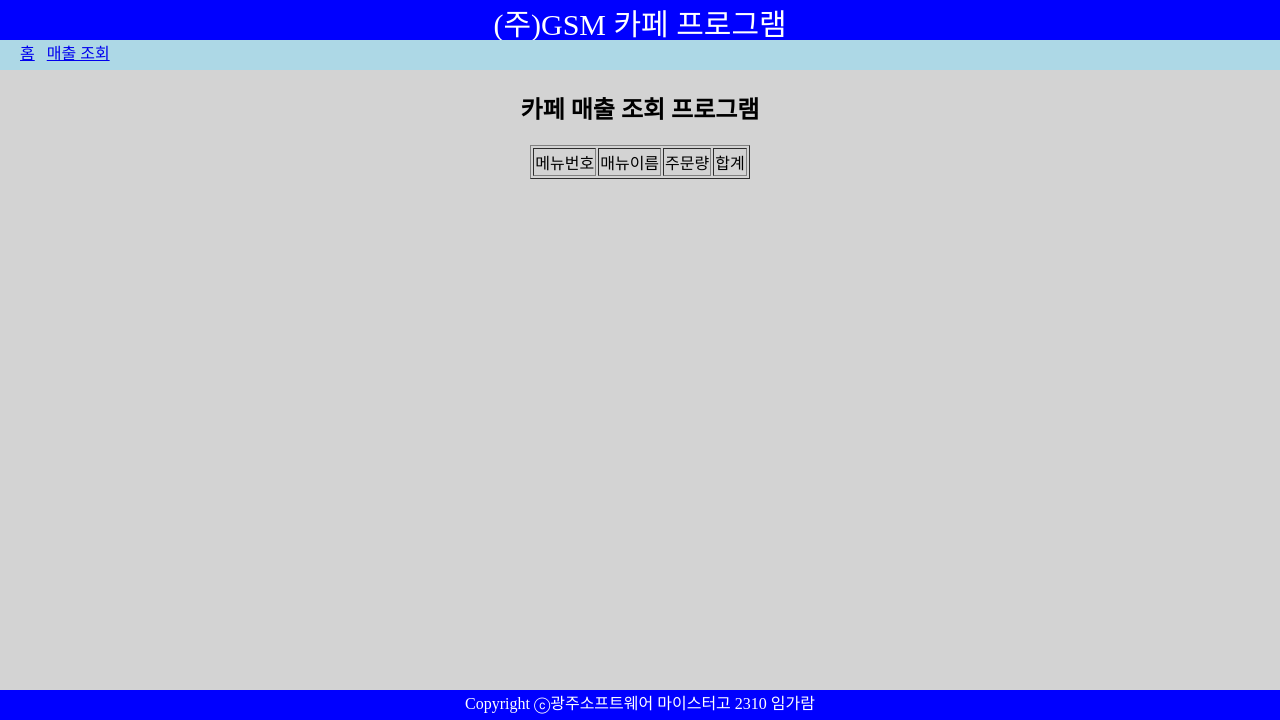
Repository: ImGaram/til
Page: http://localhost/cafe/sales.jsp
An editor plug-in stored every save of this project. The page is shown before and after the next save, followed by the edit.
The browser window is 1280 px wide. The pictures show the whole page.
The page is served by Tomcat 9. Queries for data that is not in the repository find no rows.

Above is the page before, as saved 2022-06-29 01:31:43.

### 2학년 jsp(화면구현)/gsm2022/cafe/src/main/webapp/sales.jsp
<%@page import="java.sql.ResultSet"%>
<%@page import="java.sql.PreparedStatement"%>
<%@page import="DBPKG.Util"%>
<%@page import="java.sql.Connection"%>
<%@ page language="java" contentType="text/html; charset=UTF-8"
    pageEncoding="UTF-8"%>
<!DOCTYPE html>
<html>
<head>
<meta charset="UTF-8">
<title>sales</title>
</head>
<body>
<jsp:include page="header.jsp"></jsp:include>
<section style="position:fixed; width:100%; height:100%; top:70px; left:0; background-color: lightgray">
<h2 style="text-align: center">카페 매출 조회 프로그램</h2>
<form name="frm" style="display:flex; justify-content: center; text-align:center;">
<table border="1">

<tr>
<td>메뉴번호</td>
<td>매뉴이름</td>
<td>주문량</td>
<td>합계</td>
</tr>

<%
try {
	String sql = "";
	Connection conn = Util.getConnection();

	sql = "select distinct a.menuno, a.menuname, sum(b.amount), a.price*sum(b.amount) from menu_tbl a, order_tbl b where a.menuno = b.menuno group by a.menuno, a.menuname, a.price order by a.menuno";
	PreparedStatement stmt = conn.prepareStatement(sql);
	ResultSet rs = stmt.executeQuery();

	while(rs.next()) {
		%>
		<tr>
		<td><%=rs.getString(1) %></td>
		<td><%=rs.getString(2) %></td>
		<td><%=rs.getString(3) %></td>
		<td><%=rs.getString(4) %></td>
		</tr>
		<%
	}
} catch(Exception e) {
	e.printStackTrace();
}
%>

</table>
</form>
</section>
<jsp:include page="footer.jsp"></jsp:include>
</body>
</html>

### 2학년 jsp(화면구현)/gsm2022/cafe/src/main/webapp/header.jsp
<%@ page language="java" contentType="text/html; charset=EUC-KR"
    pageEncoding="UTF-8"%>
<!DOCTYPE html>
<html>
<head>
<meta charset="UTF-8">
<title>header</title>
</head>
<body>
<header style="top:0; left:0; width:100%; height:40px; background-color:blue; color: white; text-align:center; font-size:30px; position:fixed;">
(주)GSM 카페 프로그램
</header>
<nav style="top:40px; left:0; width:100%; height: 30px; background-color:lightblue; padding-left:20px; position:fixed;">
<a href="index.jsp">홈</a> &nbsp;
<a href="sales.jsp">매출 조회</a>
</nav>
</body>
</html>

### 2학년 jsp(화면구현)/gsm2022/cafe/src/main/webapp/footer.jsp
<%@ page language="java" contentType="text/html; charset=EUC-KR"
    pageEncoding="UTF-8"%>
<!DOCTYPE html>
<html>
<head>
<meta charset="UTF-8">
<title>footer</title>
</head>
<body>
<footer style="bottom:0; left:0; position:fixed; background-color:blue; width:100%; height:30px; color:white; text-align:center;">
Copyright ⓒ광주소프트웨어 마이스터고 2310 임가람
</footer>
</body>
</html>

### 2학년 jsp(화면구현)/gsm2022/cafe/src/main/java/DBPKG/Util.java
package DBPKG;

import java.sql.*;

public class Util {
	public static Connection getConnection() throws Exception {
		Class.forName("oracle.jdbc.OracleDriver");
		Connection con = DriverManager.getConnection("jdbc:oracle:thin:@//localhost:1521/xe", "system", "1234");
		return con;
	}
}

After the next save:
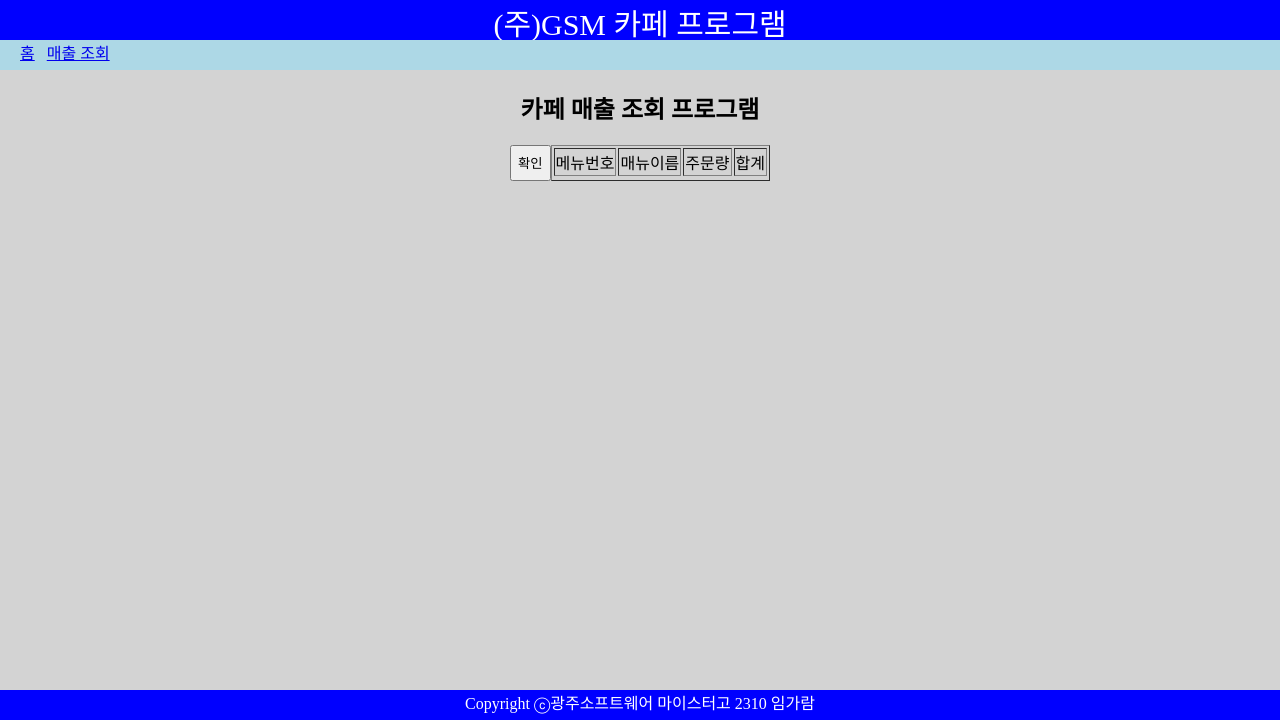
Saved 98 s later.
--- a/2학년 jsp(화면구현)/gsm2022/cafe/src/main/webapp/sales.jsp
+++ b/2학년 jsp(화면구현)/gsm2022/cafe/src/main/webapp/sales.jsp
@@ -47,6 +47,9 @@ try {
 	e.printStackTrace();
 }
 %>
+<tr>
+<button>확인</button>
+</tr>
 
 </table>
 </form>
